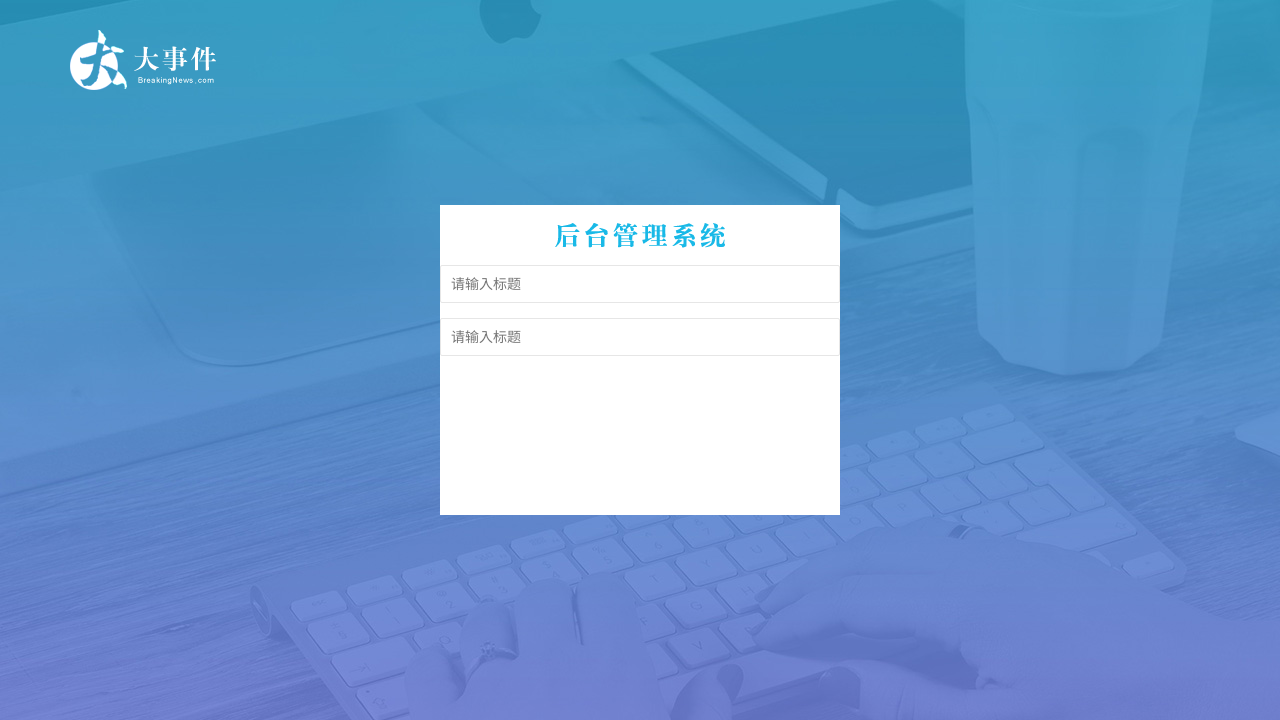
Repository: xxsleep/-
Page: home/login.html
These files come from the project's save history. The page is drawn as it stood at one moment and after the next save; the edit follows.
The browser window is 1280 px wide. The pictures show the whole page.

Above is the page before, as saved 2020-11-23 11:21:59.

After the next save:
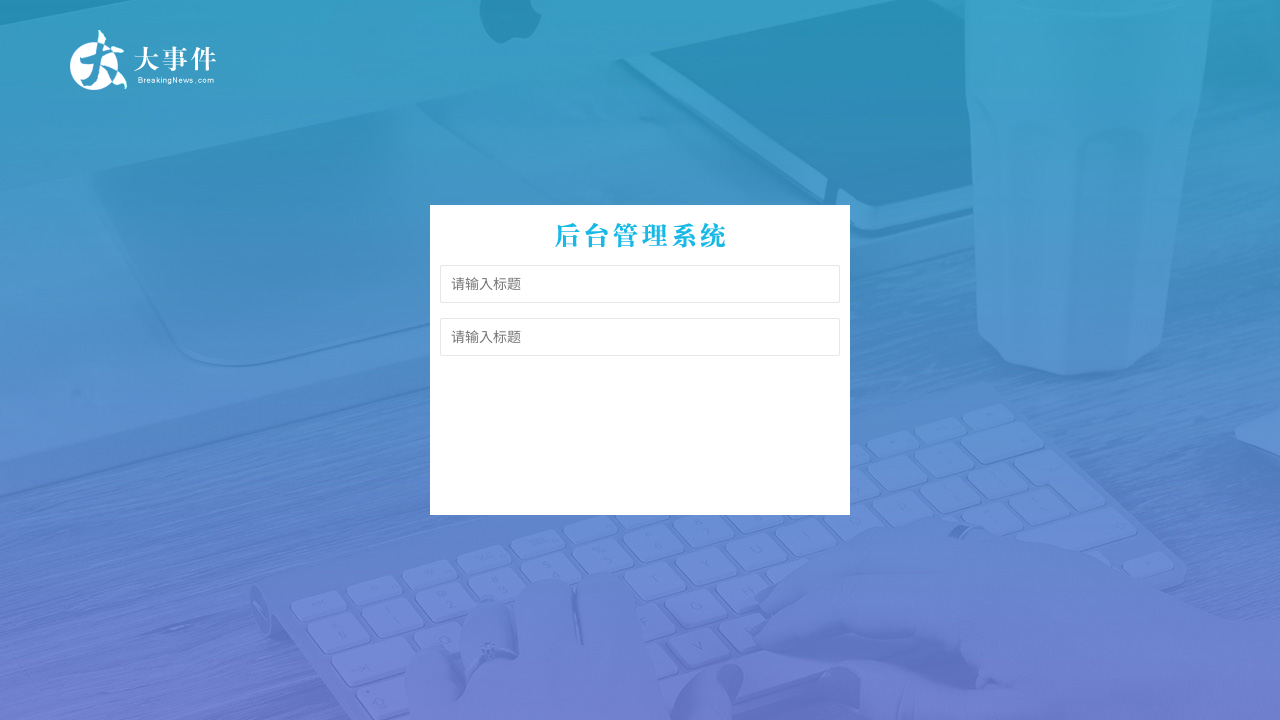
Saved 12 s later.
--- a/assets/css/login.css
+++ b/assets/css/login.css
@@ -21,6 +21,7 @@ html, body {
   left: 50%;
   transform: translate(-50%, -50%);
   background-color: #fff;
+  padding: 0 10px;
 }
 
 .loginbox .title {
